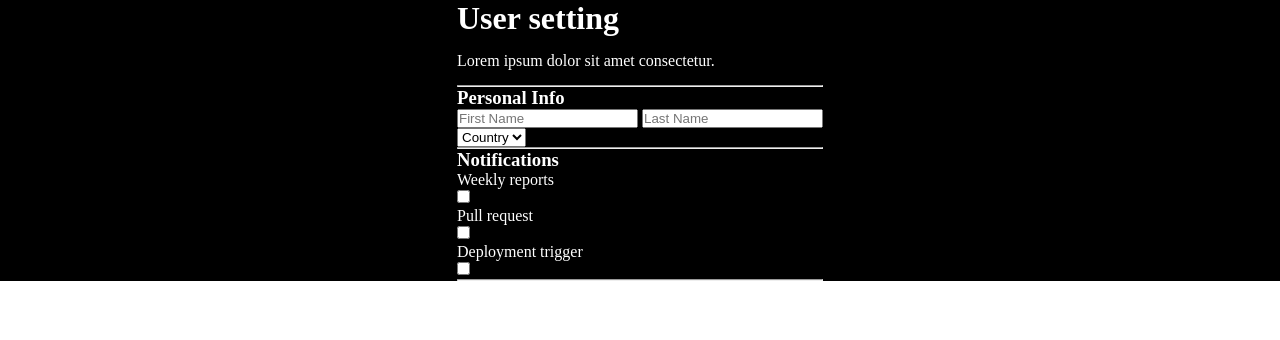
Repository: imokha01/DOM
Page: index.html
These files come from the project's save history. The page is drawn as it stood at one moment and after the next save; the edit follows.
The browser window is 1280 px wide. The pictures show the whole page.

Above is the page before, as saved 2023-12-19 17:18:48.

### index.html
<!DOCTYPE html>
<html lang="en">
  <head>
    <meta charset="UTF-8" />
    <meta name="viewport" content="width=device-width, initial-scale=1.0" />
    <title>Document</title>
    <link rel="stylesheet" href="./index.css" />
  </head>
<body>
  <div class="form_container">
    <form action="#">
      <div>
          <h1>User setting</h1>
          <p id="userPara">Lorem ipsum dolor sit amet consectetur.</p>
      </div>
      <hr>
      <div>
        <h3>Personal Info</h3>
        <input type="text" class="firstName" placeholder="First Name">
        <input type="text" class="lastName" placeholder="Last Name"> <br>
        <select>
            <option value="country" disabled hidden selected>Country</option>
            <option value="Nigeria">Nigeria</option>
            <option value="ghana">Ghana</option>
            <option value="algeria">Algeria</option>
        </select>
        <hr>
        <div>
          <h3>Notifications</h3>
          <div class="weeklyReport">
            <p class="week-para">Weekly reports</p>
            <!-- Rounded switch -->
            <label class="switch">
                 <input type="checkbox">
                <span class="slider round"></span>
            </label>
          </div>
          <div class="pullRequest">
            <p class="pull-para">Pull request</p>
            <!-- Rounded switch -->
            <label class="switch">
                 <input type="checkbox">
                <span class="slider round"></span>
            </label>
          </div>
          <div class="deployment">
            <p class="depoly-para">Deployment trigger</p>
            <!-- Rounded switch -->
          <label class="switch">
                 <input type="checkbox">
                <span class="slider round"></span>
            </label>
          </div>
          <hr>



        </div>
      </div>
    </form>


  </div>
    <script src="./index.js"></script>
  </body>
</html>

### index.css
* {
    margin: 0;
    padding: 0;
    box-sizing: border-box;
}

.form_container {
    display: flex;
    justify-content: center;
    align-items: center;
    gap: 2px;
    background-color: black;
    color: while;
}

form {
    color: white;
}

#userPara {
    padding: 15px 0;
}

h3 {
    margin-top: ;
}






/* * The switch - the box around the slider */
/* .switch {
  position: relative;
  display: inline-block;
  width: 60px;
  height: 34px;
} */

/* Hide default HTML checkbox */
/* .switch input {
  opacity: 0;
  width: 0;
  height: 0;
} */

/* The slider */
/* .slider {
  position: absolute;
  cursor: pointer;
  top: 0;
  left: 0;
  right: 0;
  bottom: 0;
  background-color: #ccc;
  -webkit-transition: .4s;
  transition: .4s;
} */

.slider:before {
  position: absolute;
  content: "";
  height: 26px;
  width: 26px;
  left: 4px;
  bottom: 4px;
  -webkit-transition: .4s;
  transition: .4s;
}

input:checked + .slider {
  background-color: #2196F3;
}

input:focus + .slider {
  box-shadow: 0 0 1px #2196F3;
}

input:checked + .slider:before {
  -webkit-transform: translateX(26px);
  -ms-transform: translateX(26px);
  transform: translateX(26px);
}

/* Rounded sliders */
.slider.round {
  border-radius: 34px;
}

.slider.round:before {
  border-radius: 50%;
} */

### index.js
// const button = document.getElementsByTagName("button")[0]
// console.log(button)

// button.style.backgroundColor = "skyblue"
// button.style.padding = "20px";
// button.style.border = "none";
// button.style.borderRadius = "10px";
// button.style.fontSize  = "1.5em";
// button.style.color = "red";

// const body = document.querySelector("body")
// body.style.backgroundColor = "lightgreen";

const newDiv = document.createElement("div");
const newContent = document.createTextNode("hey, What is up");
newDiv.appendChild(newContent);
console.log(newDiv)

const button = document.createElement("button")

After the next save:
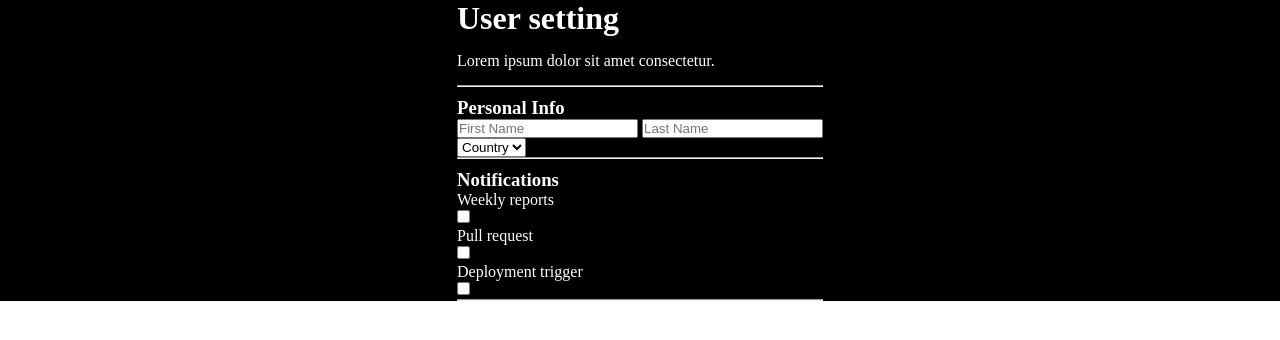
Saved 4 s later.
--- a/index.css
+++ b/index.css
@@ -22,7 +22,7 @@ form {
 }
 
 h3 {
-    margin-top: ;
+    margin-top: 10px;
 }
 
 
